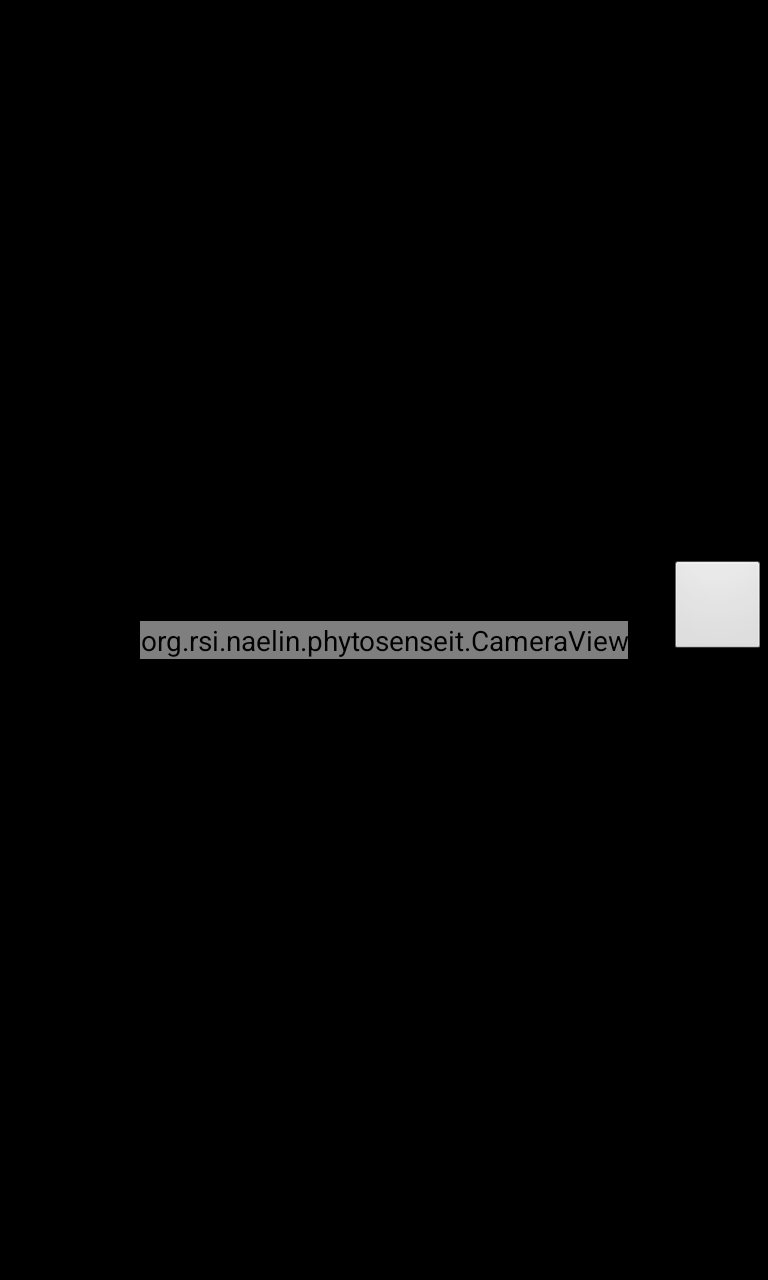
Repository: justnaelin/PhytoSenseIt-app
Layout: PhytoSenseIt/res/layout/activity_main.xml
The author's editor kept a copy of each file at every save. The layout is drawn from the files as they stood at one save, then again after the next save.
Pictures or frames that could not be fetched are drawn as grey boxes. It is drawn on a 768 x 1280 px phone screen (xhdpi) without system bars, with theme android:Theme.NoTitleBar.Fullscreen; the app's code is not run.

Above is the layout before, as saved 2015-07-29 18:13:30.

After the next save:
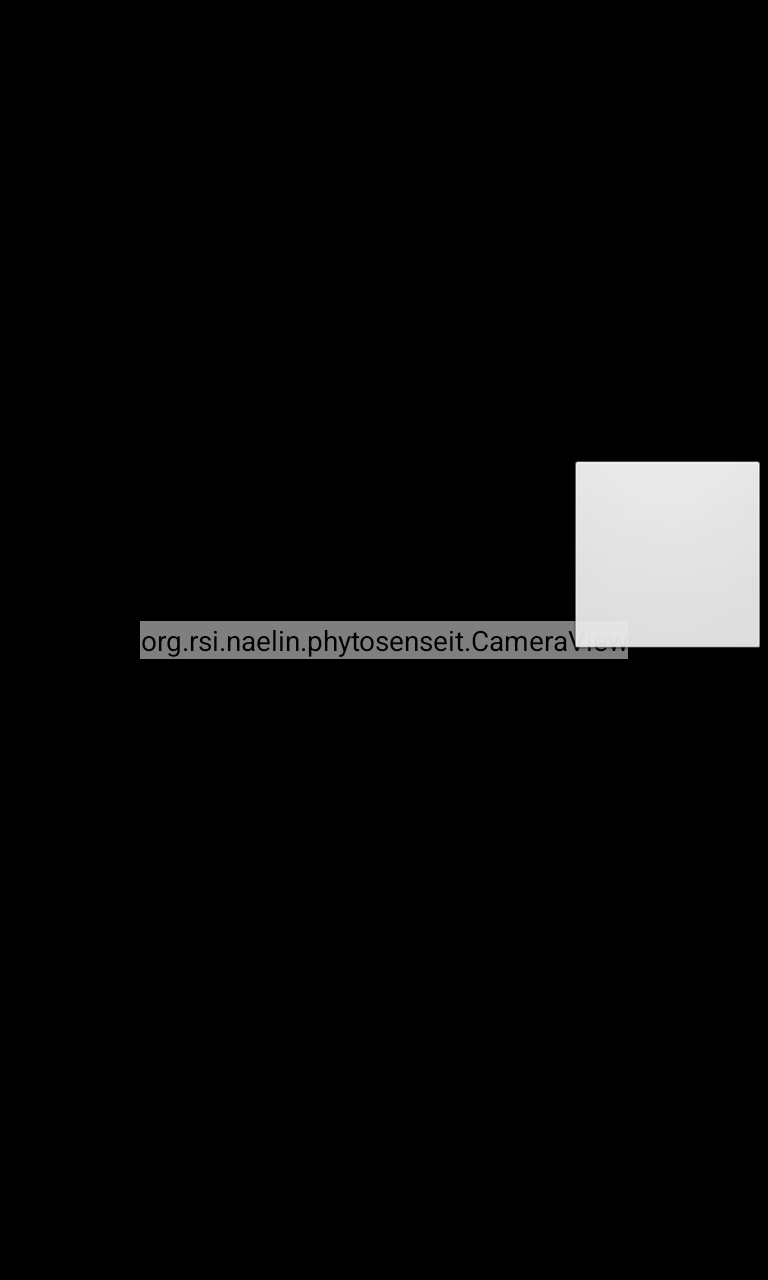
Saved 10 s later.
--- a/PhytoSenseIt/res/layout/activity_main.xml
+++ b/PhytoSenseIt/res/layout/activity_main.xml
@@ -24,8 +24,8 @@
 
     <Button
         android:id="@+id/take_photo_button"
-        android:layout_width="50dp"
-        android:layout_height="50dp"
+        android:layout_width="100dp"
+        android:layout_height="100dp"
         android:layout_alignBaseline="@+id/cameraView1"
         android:layout_alignBottom="@+id/cameraView1"
         android:layout_alignParentRight="true" />
